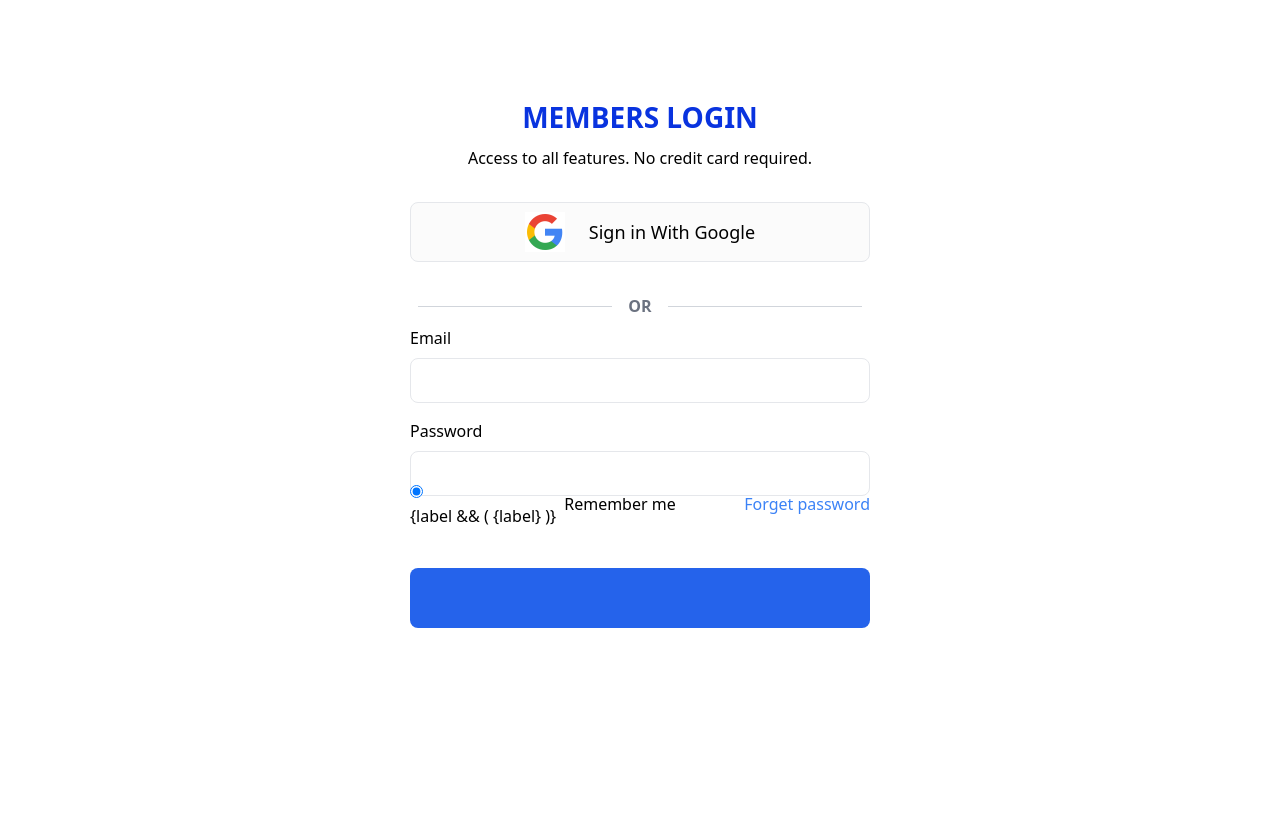
Repository: MaramMaryam/login
Page: login.html
The author's editor kept a copy of each file at every save. The page is drawn from the files as they stood at one save, then again after a run of saves.
The browser window is 1280 px wide. The pictures show the whole page.
Some web libraries are served in a nearby version.

Above is the page before, as saved 2023-06-29 11:53:56.

After the next 2 saves:
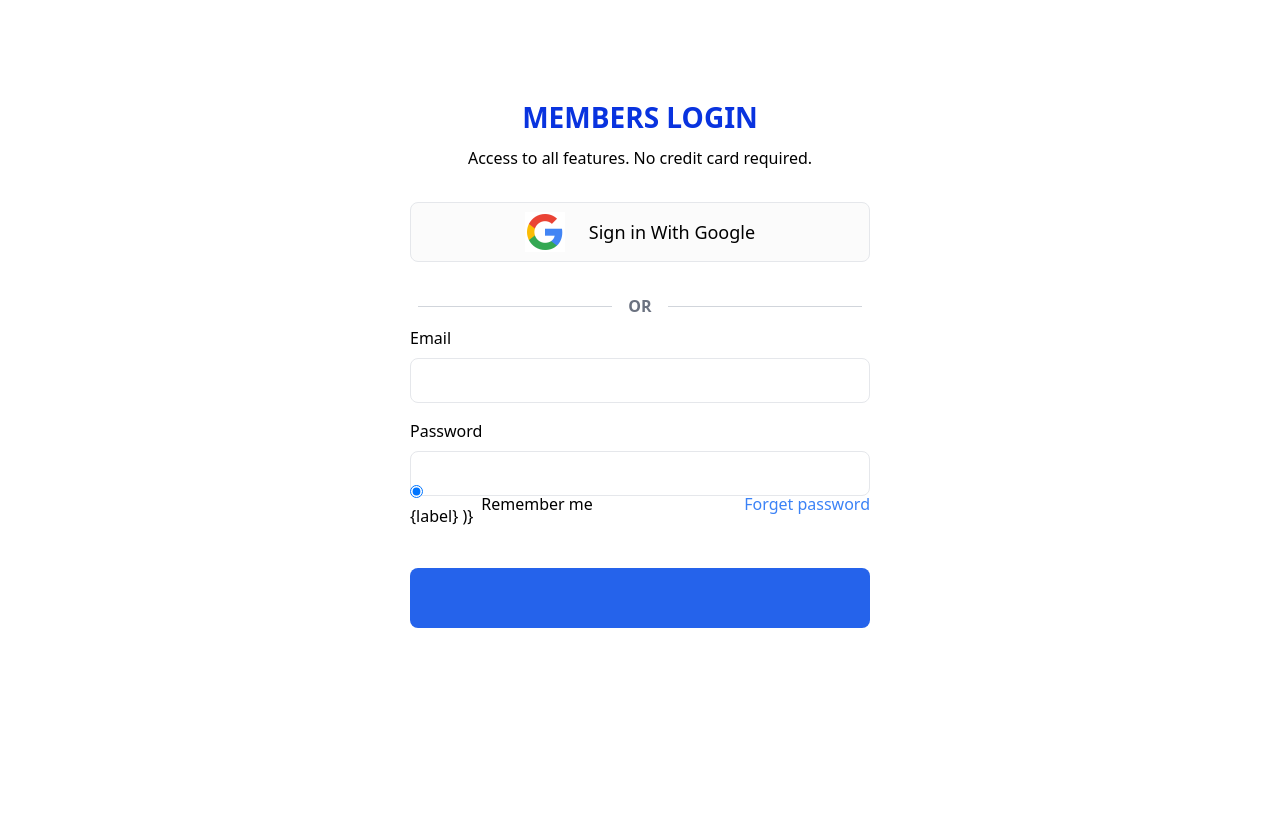
The 2 saves are shown as one change because they came seconds apart.
The last was saved 15 s later.
--- a/login.html
+++ b/login.html
@@ -76,7 +76,6 @@
                                 <input className="hidden" type="radio" checked={checked} />
                             </div>
                         </div>
-                        {label && (
                             <label
                                 htmlFor="radio-button"
                                 className={`ml-2 text-[14px] font-n`}
